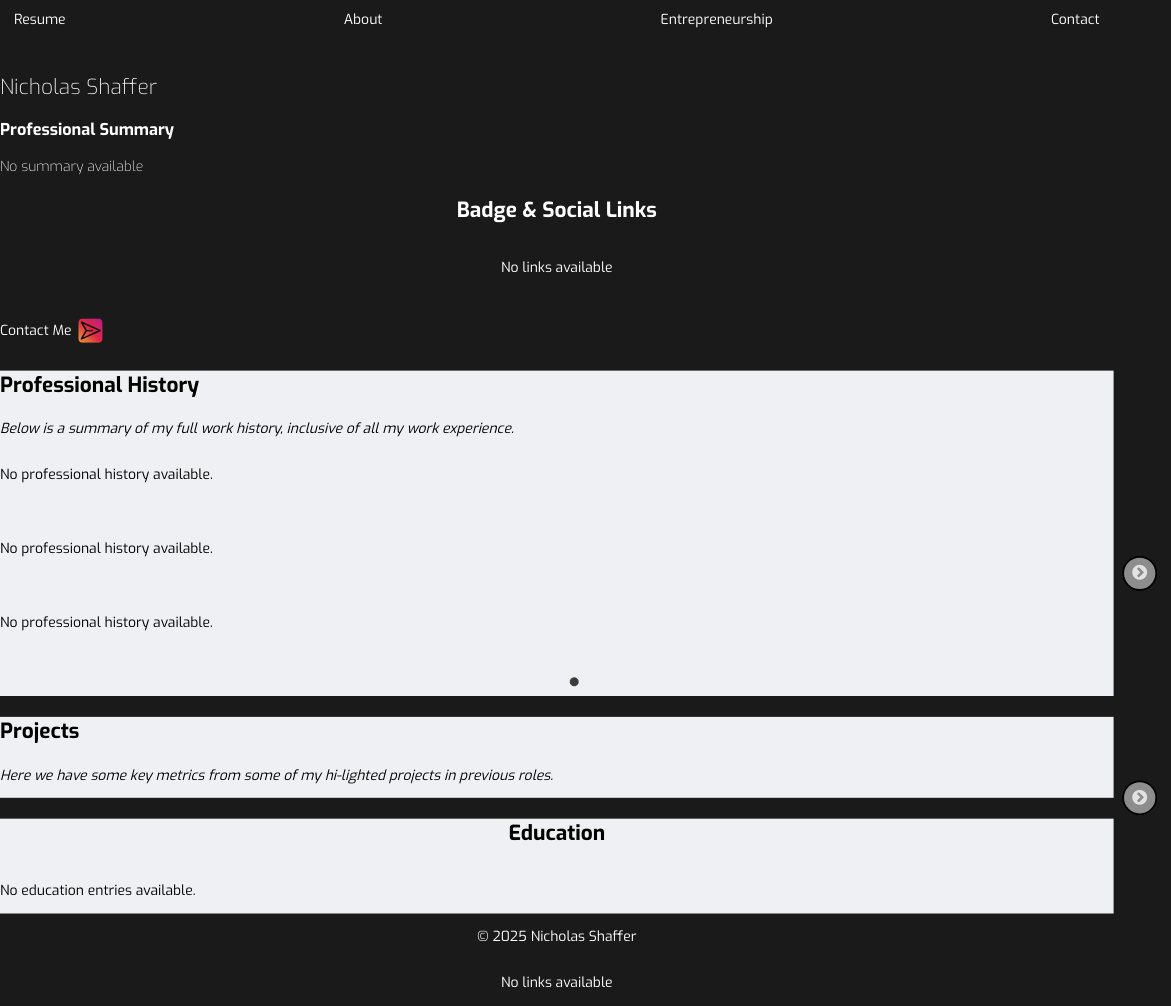
Repository: ShafferNick/nicholas_portfolio
Page: /
The author's editor kept a copy of each file at every save. The page is drawn from the files as they stood at one save, then again after the next save.
The browser window is 1280 px wide. The page is 1330 px wide, then 1346 px, then 1330 px, so the pictures cover 1346 px, including what lies to the right of the window. The pictures show the whole page, at 87% of full size.
The page's requests for data from a server got no answer. The project was rebuilt for these pictures with package versions that can differ from the ones it lists, and the page was loaded fresh each time. The framework's server and built-in components were replaced by stand-ins that run in the browser. No one was signed in, and anything a server would have sent is missing. Also part of the build but not shown: next.config.ts, src/app/components/Contact.tsx.

Above is the page before, as saved 2025-03-19 14:54:26.

After the next save:
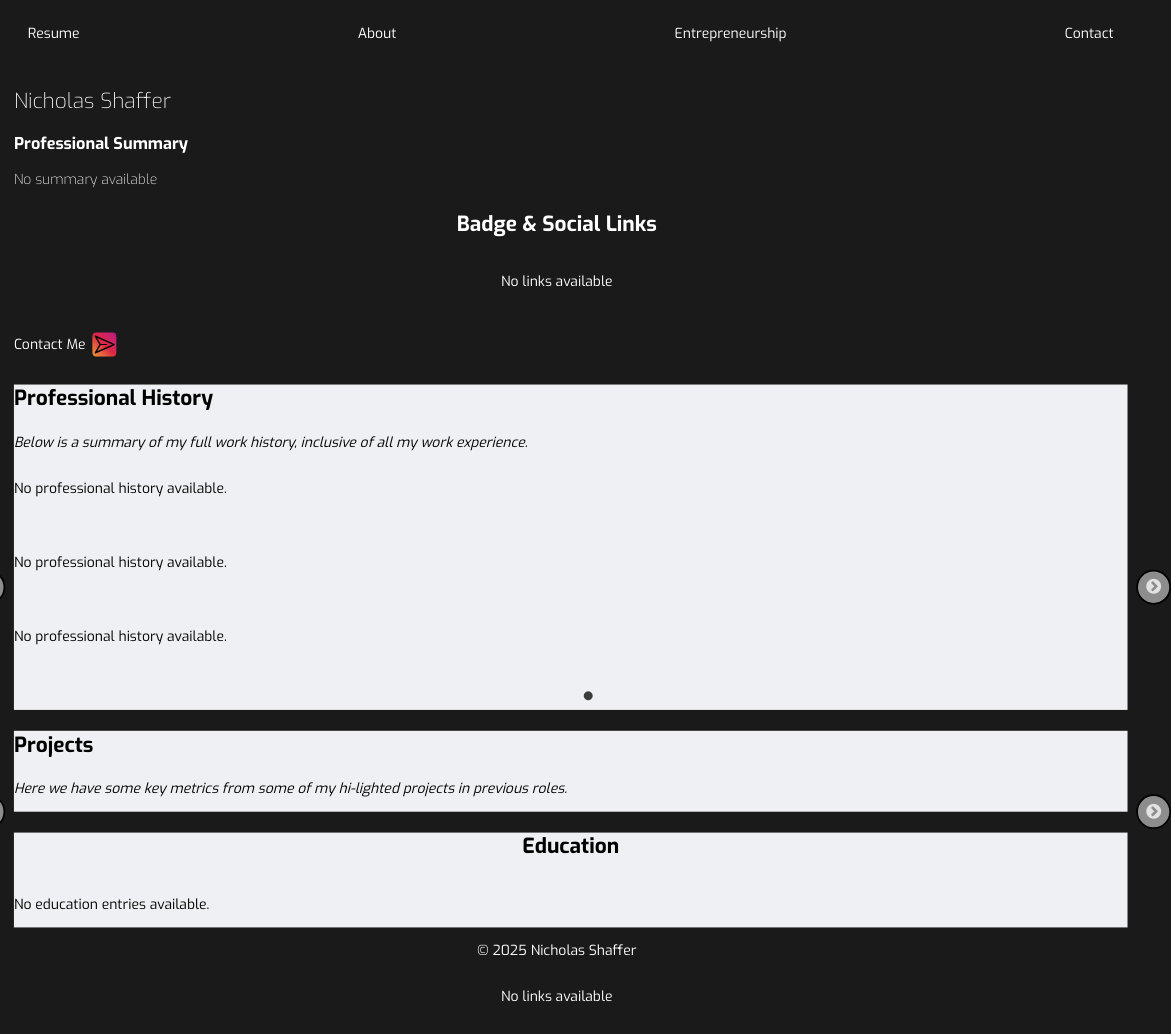
Saved 26 s later.
--- a/src/app/globals.css
+++ b/src/app/globals.css
@@ -10,7 +10,7 @@
   font-family: 'Exo', sans-serif;
   background: #1A1A1A;
   color: #FFFFFF;
-  margin: 0;
+  margin: 1rem;
   padding: 0;
   scroll-behavior: smooth;
   overflow-x: hidden;

After the 2 saves that followed:
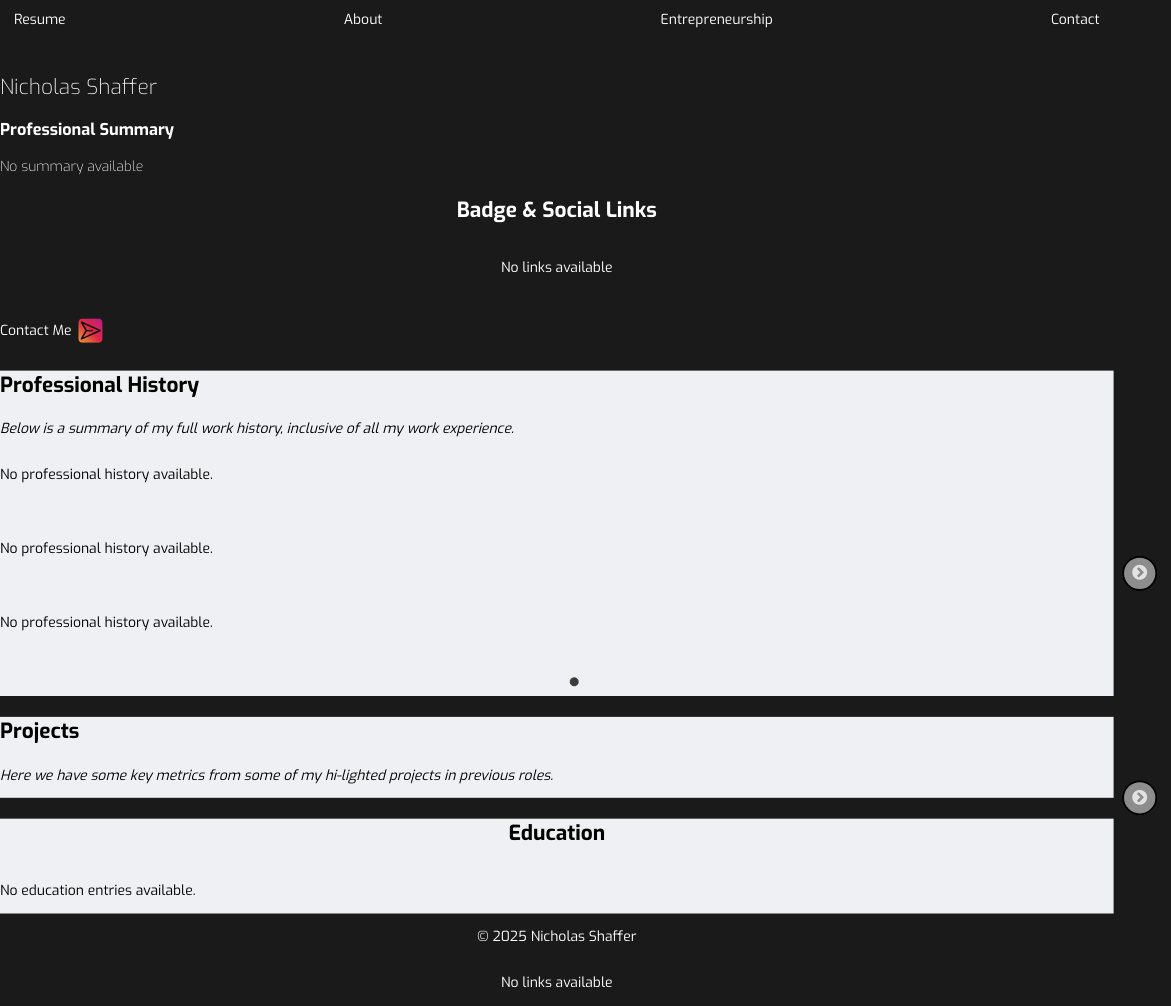
The 2 saves are shown as one change because 1 left the picture as it was.
The last was saved 30 s later.
--- a/src/app/globals.css
+++ b/src/app/globals.css
@@ -10,7 +10,7 @@
   font-family: 'Exo', sans-serif;
   background: #1A1A1A;
   color: #FFFFFF;
-  margin: 1rem;
+  margin: 0;
   padding: 0;
   scroll-behavior: smooth;
   overflow-x: hidden;
